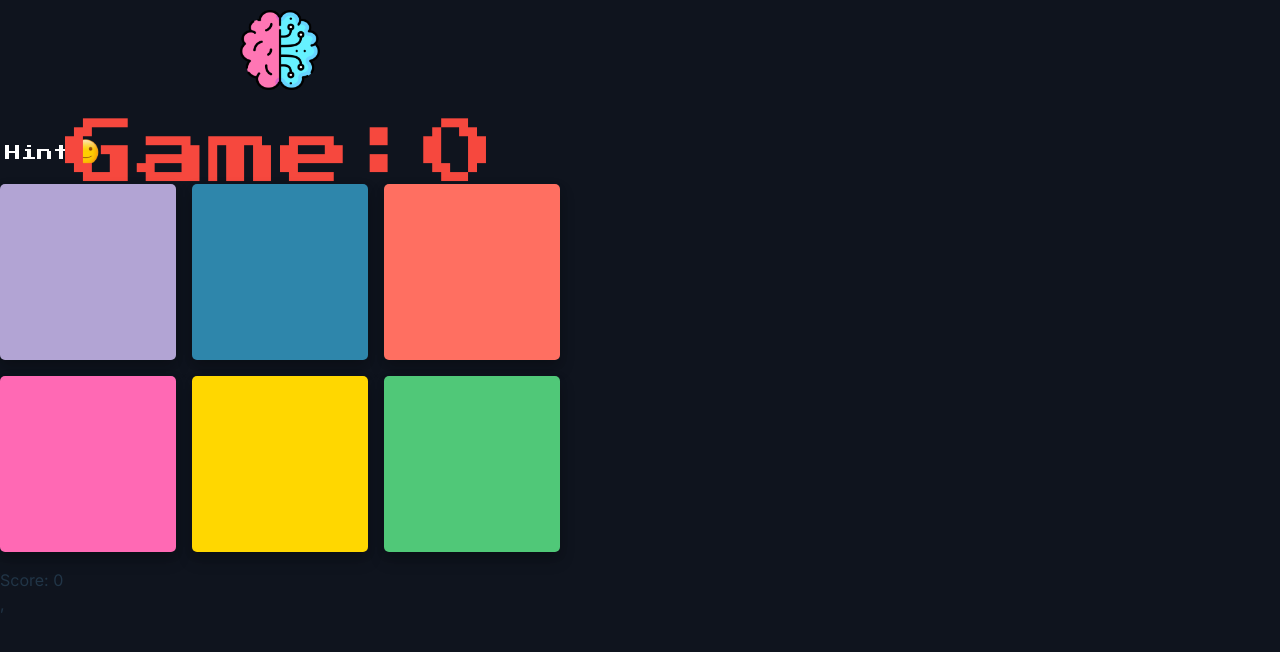
Repository: Shenixo/Color_match_game
Page: /game_play
These files come from the project's save history. The page is drawn as it stood at one moment and after the next save; the edit follows.
The browser window is 1280 px wide. The pictures show the whole page.
The project was rebuilt for these pictures with package versions that can differ from the ones it lists, and the page was loaded fresh each time. Also part of the build but not shown: vite.config.js, src/Components/Tab/Tab.css, src/Components/Tab/Tab.jsx, src/Pages/Home/Home.jsx, src/Pages/Rules/Rules.css, src/Pages/Rules/Rules.jsx, src/Pages/Sound/Sound.jsx. Imported but missing from the stored project, and not drawn on this page: src/assets/button_clicks.wav, src/assets/game_theme_sound.mp4.

Above is the page before, as saved 2025-02-04 03:02:39.

After the next save:
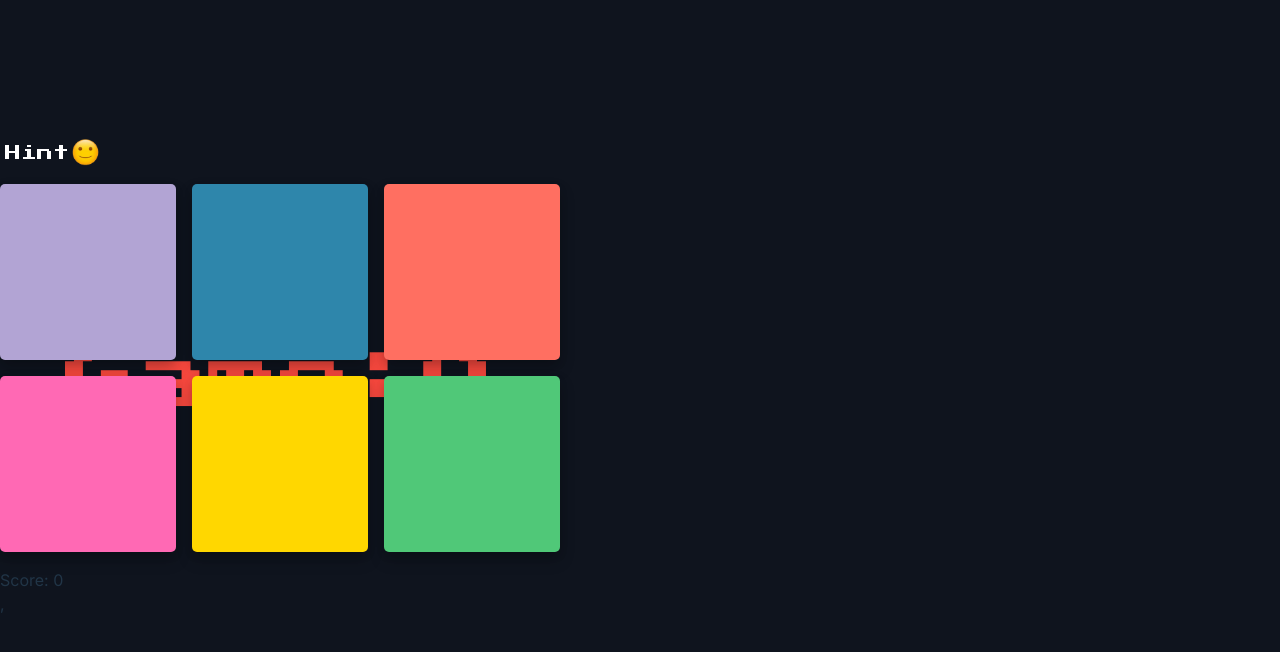
Saved 14 s later.
--- a/src/Pages/GamePlay/GamePlay.css
+++ b/src/Pages/GamePlay/GamePlay.css
@@ -6,5 +6,5 @@
 }
 .bulb{
     position: absolute;
-    top: 10px;
+    /* top: 10px; */
 }
